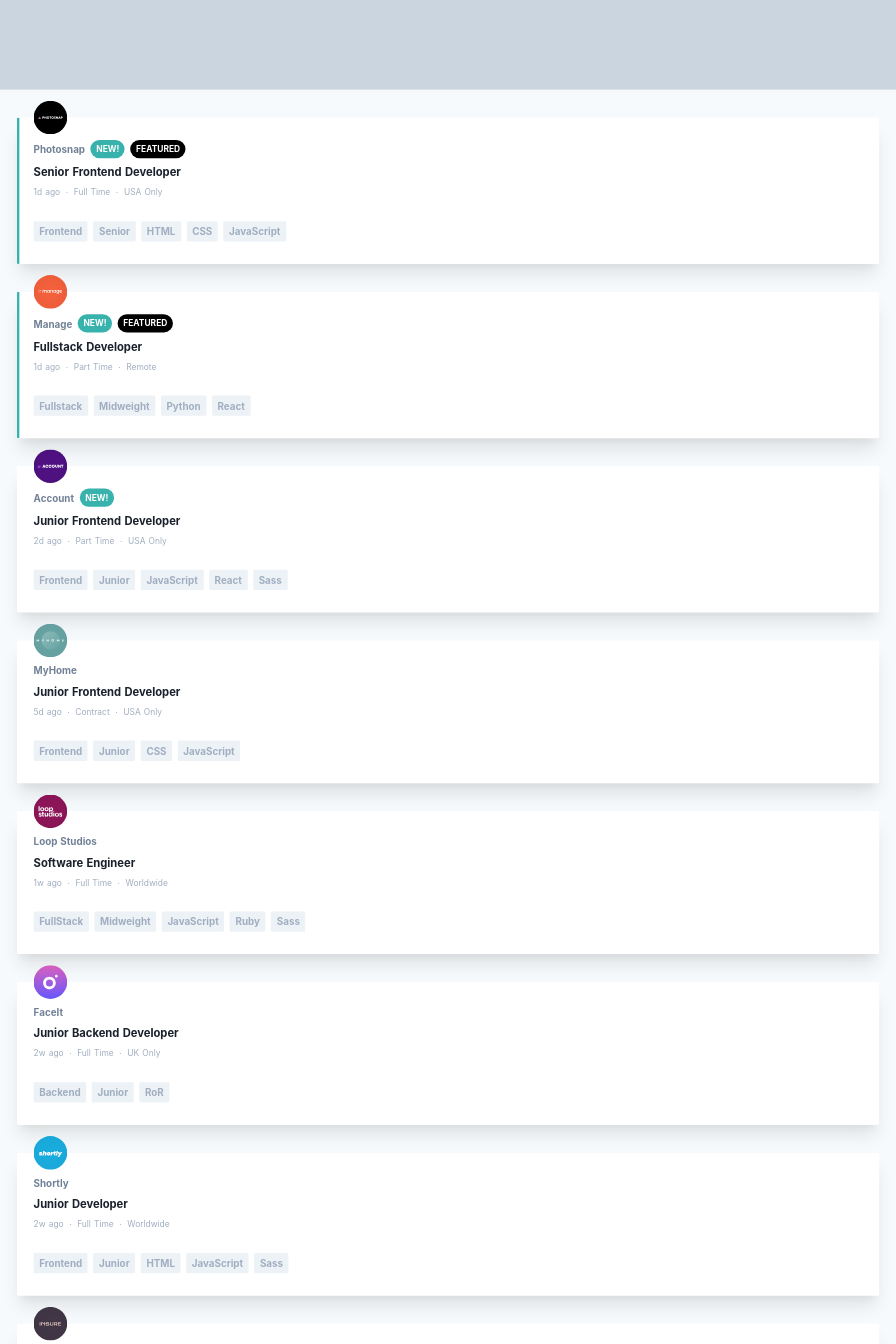
Repository: asongdon/frontendmentor-joblisting
Page: /
These files come from the project's save history. The page is drawn as it stood at one moment and after the next save; the edit follows.
The browser window is 1280 px wide. The pictures show the part of the page from y = 0 to 1920 px (the page is 2583 px tall before and 1718 px after), at 70% of full size.
The project was rebuilt for these pictures with package versions that can differ from the ones it lists, and the page was loaded fresh each time. The framework's server and built-in components were replaced by stand-ins that run in the browser. Also part of the build but not shown: nuxt.config.js.

Above is the page before, as saved 2020-04-12 22:18:56.

After the next save:
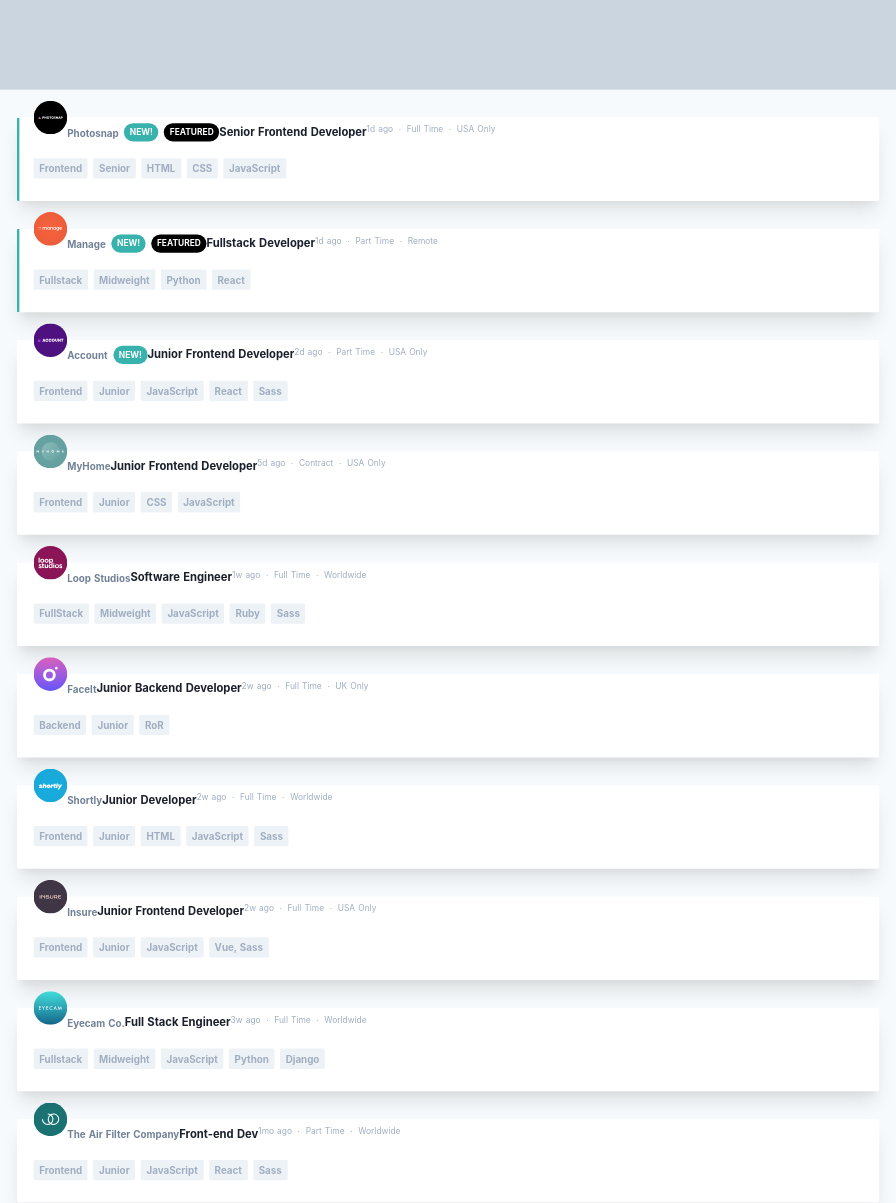
Saved 48 s later.
--- a/components/Maincard.vue
+++ b/components/Maincard.vue
@@ -3,38 +3,42 @@
     class="flex flex-col flex-no-wrap rounded-sm px-5 bg-white shadow-xl pb-4 mb-10 border-l-4 border-white"
     :class="{ 'border-l-4': featured, 'border-teal-500': featured }"
   >
-    <div class="-mt-6 mb-2">
-      <img class="w-12" :src="'/logos/' + logo" alt="" />
-    </div>
+    <div class="flex">
+      <div class="-mt-6 mb-2">
+        <img class="w-12" :src="'/logos/' + logo" alt="" />
+      </div>
 
-    <div class="flex items-center">
-      <div class="text-sm font-bold text-gray-600">{{ company }}</div>
-      <div class="flex text-xs font-bold">
-        <div
-          v-if="newStatus"
-          class=" bg-teal-500 text-white rounded-full px-2 py-1 uppercase ml-2"
-        >
-          New!
-        </div>
-        <div
-          v-if="featured"
-          class="bg-black text-white rounded-full px-2 py-1 uppercase ml-2"
-        >
-          Featured
+      <div class="flex items-center">
+        <div class="text-sm font-bold text-gray-600">{{ company }}</div>
+        <div class="flex text-xs font-bold">
+          <div
+            v-if="newStatus"
+            class=" bg-teal-500 text-white rounded-full px-2 py-1 uppercase ml-2"
+          >
+            New!
+          </div>
+          <div
+            v-if="featured"
+            class="bg-black text-white rounded-full px-2 py-1 uppercase ml-2"
+          >
+            Featured
+          </div>
         </div>
       </div>
-    </div>
 
-    <div class="mt-2 font-bold text-gray-900">
-      {{ position }}
-    </div>
+      <div class="mt-2 font-bold text-gray-900">
+        {{ position }}
+      </div>
 
-    <div class="flex text-xs mt-2 text-gray-500 border-b border-gray-200 pb-4 lg:border-0">
-      <div class="mr-2">{{ postedAt }}</div>
-      <div class="mr-2">·</div>
-      <div class="mr-2">{{ contract }}</div>
-      <div class="mr-2">·</div>
-      <div>{{ location }}</div>
+      <div
+        class="flex text-xs mt-2 text-gray-500 border-b border-gray-200 pb-4 lg:border-0"
+      >
+        <div class="mr-2">{{ postedAt }}</div>
+        <div class="mr-2">·</div>
+        <div class="mr-2">{{ contract }}</div>
+        <div class="mr-2">·</div>
+        <div>{{ location }}</div>
+      </div>
     </div>
 
     <div class="mt-4 flex flex-wrap justify-start">

After the 2 saves that followed:
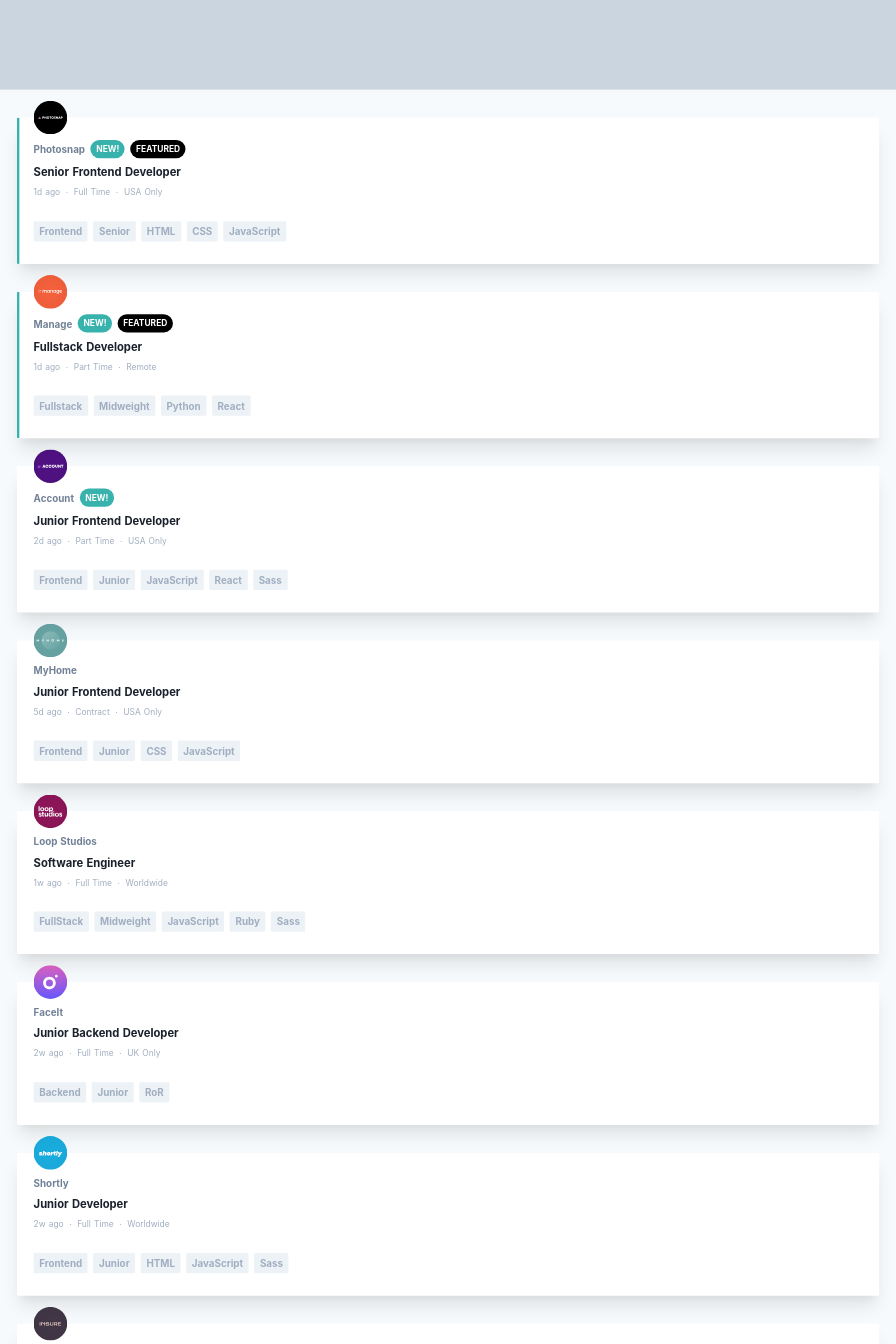
The 2 saves are shown as one change because 1 left the picture as it was.
The last was saved 46 s later.
--- a/components/Maincard.vue
+++ b/components/Maincard.vue
@@ -3,7 +3,7 @@
     class="flex flex-col flex-no-wrap rounded-sm px-5 bg-white shadow-xl pb-4 mb-10 border-l-4 border-white"
     :class="{ 'border-l-4': featured, 'border-teal-500': featured }"
   >
-    <div class="flex">
+    <div>
       <div class="-mt-6 mb-2">
         <img class="w-12" :src="'/logos/' + logo" alt="" />
       </div>
